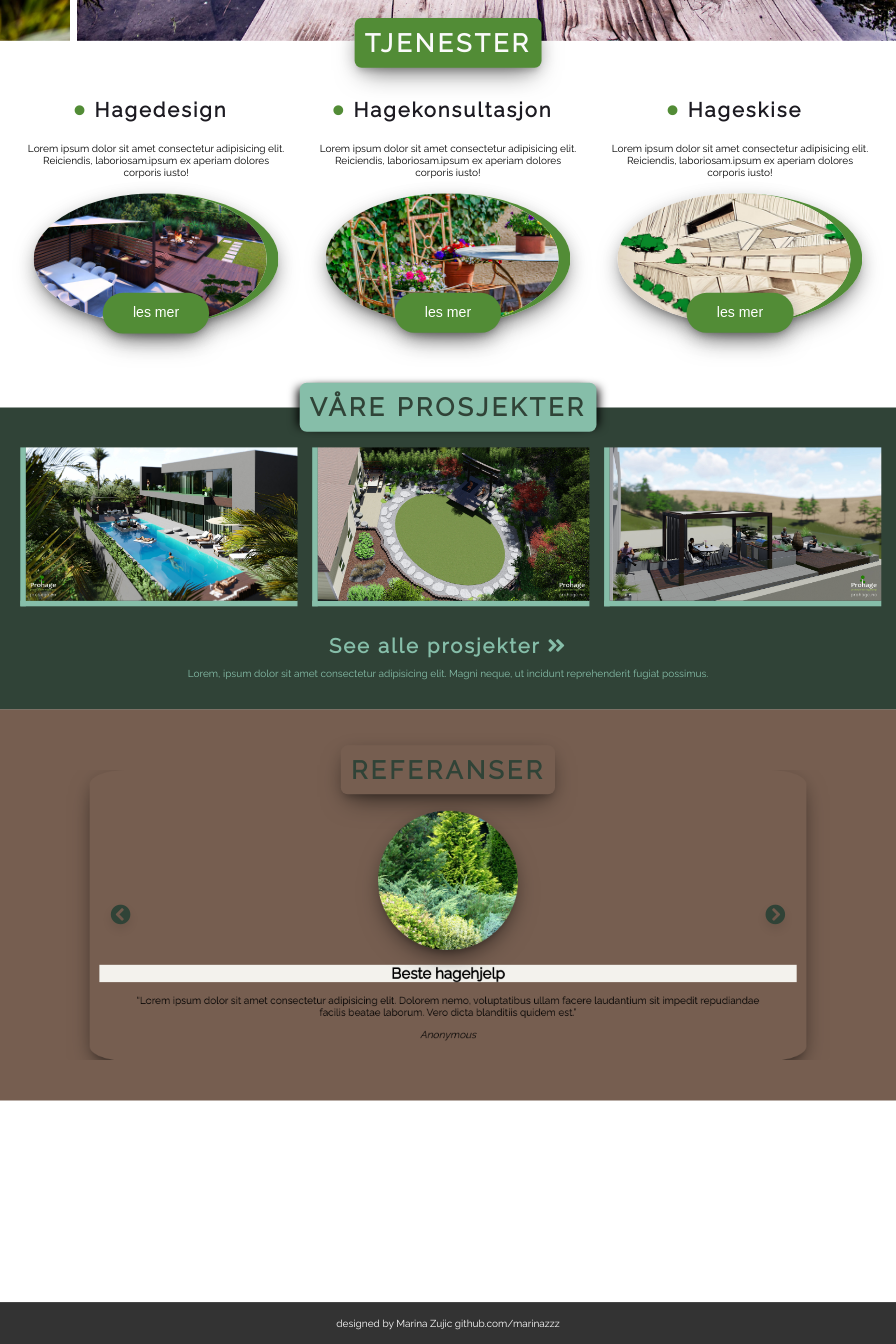
Repository: marinazzz/garden-design-website
Page: index.html
The author's editor kept a copy of each file at every save. The page is drawn from the files as they stood at one save, then again after the next save.
The browser window is 1280 px wide. The pictures show the part of the page from y = 943 to 2863 px (the page is 2863 px tall), at 70% of full size.

Above is the page before, as saved 2020-04-03 21:07:54.

After the next save:
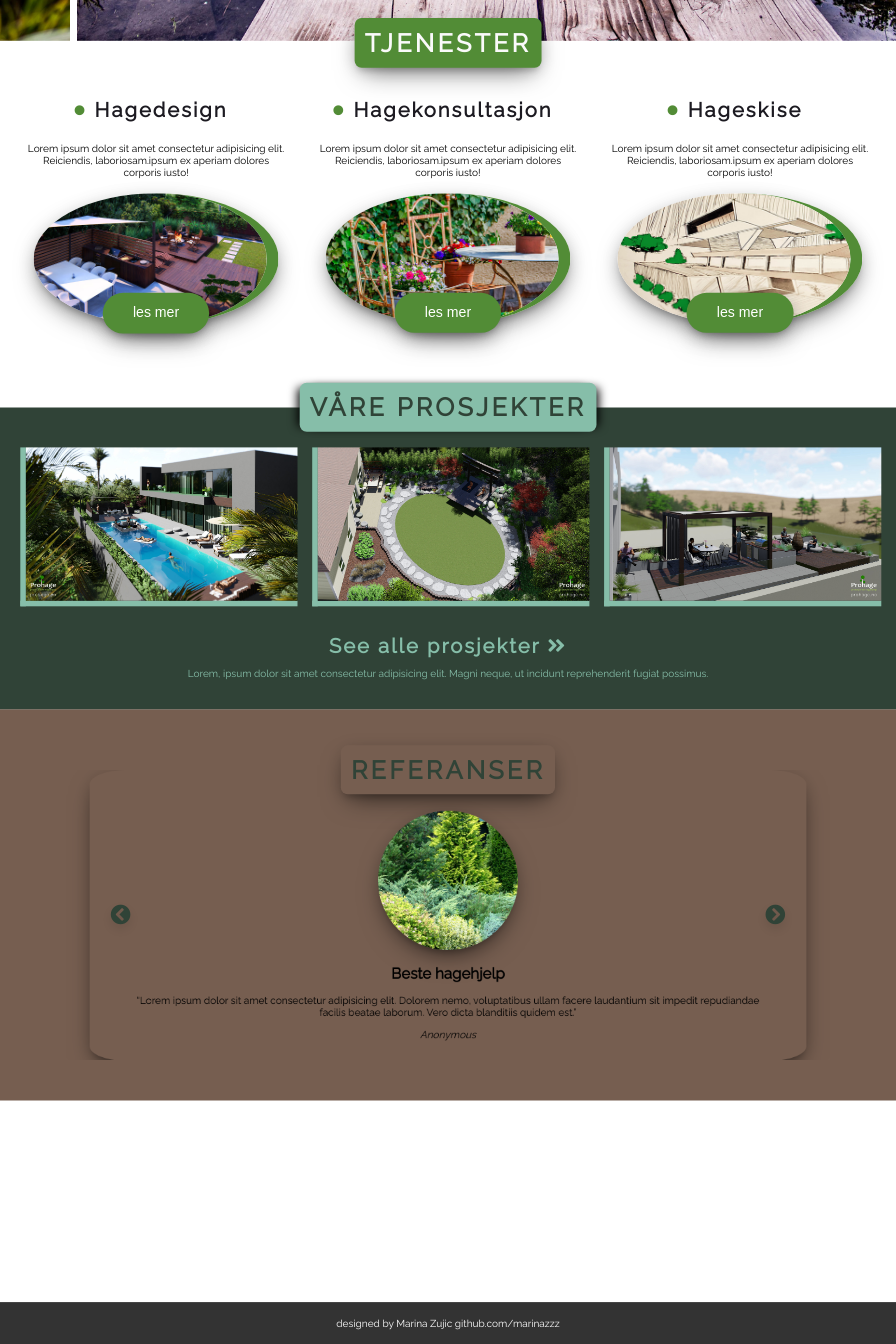
Saved 20 s later.
--- a/CSS/style.css
+++ b/CSS/style.css
@@ -430,7 +430,7 @@ body {
   border-radius: 50%;
 }
 
-.review__items h2 {
+.review__items.h2 {
   background: #F3F2ED;
 }
 
